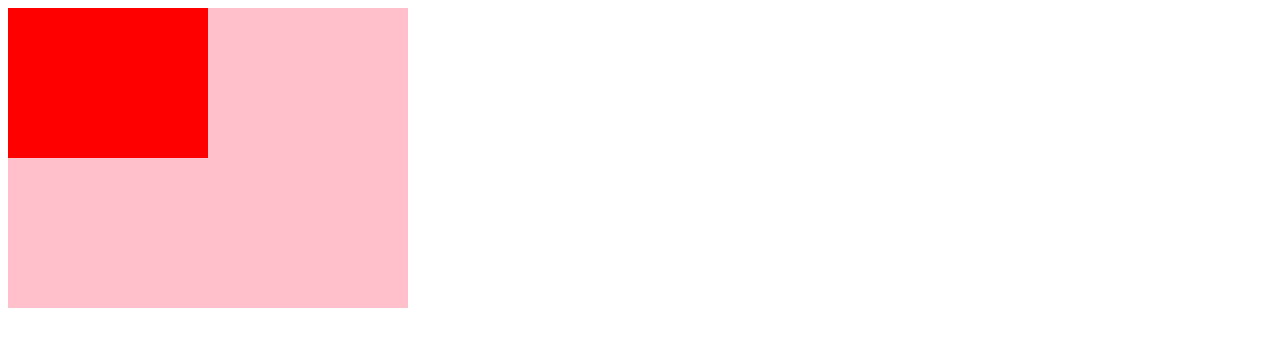
Repository: seleniadelgado/meda-spring2020-angie
Page: practice/css/week_4/grid.html
An editor plug-in stored every save of this project. The page is shown before and after a run of saves, followed by the edit.
The browser window is 1280 px wide. The pictures show the whole page.

Above is the page before, as saved 2020-02-13 12:45:19.

After the next 2 saves:
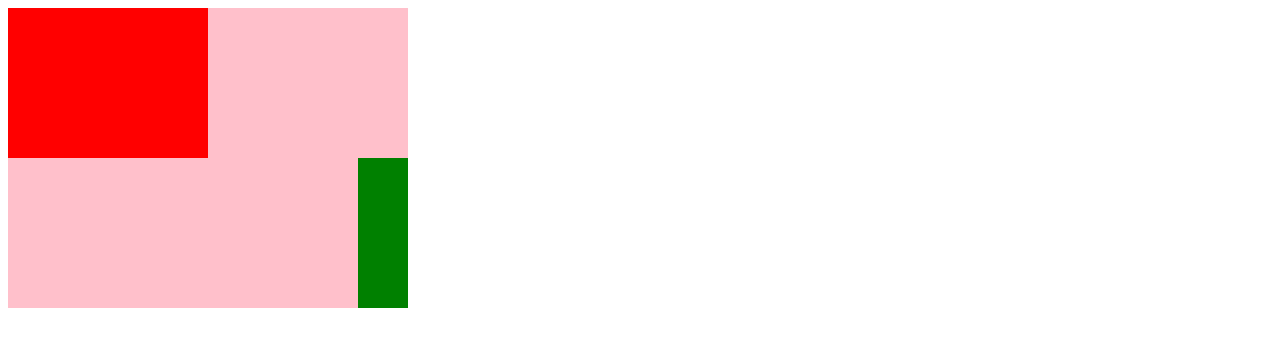
The 2 saves are shown as one change because they came seconds apart.
The last was saved 13 s later.
--- a/practice/css/week_4/grid.html
+++ b/practice/css/week_4/grid.html
@@ -24,8 +24,8 @@
         background-color: green;
         grid-column-start: 4;
         grid-column-end: 5;
-        grid-row-start: 4;
-        grid-row-end: 5;
+        grid-row-start: 2;
+        grid-row-end: 3
     }
 </style>
 </head>

After the save that followed:
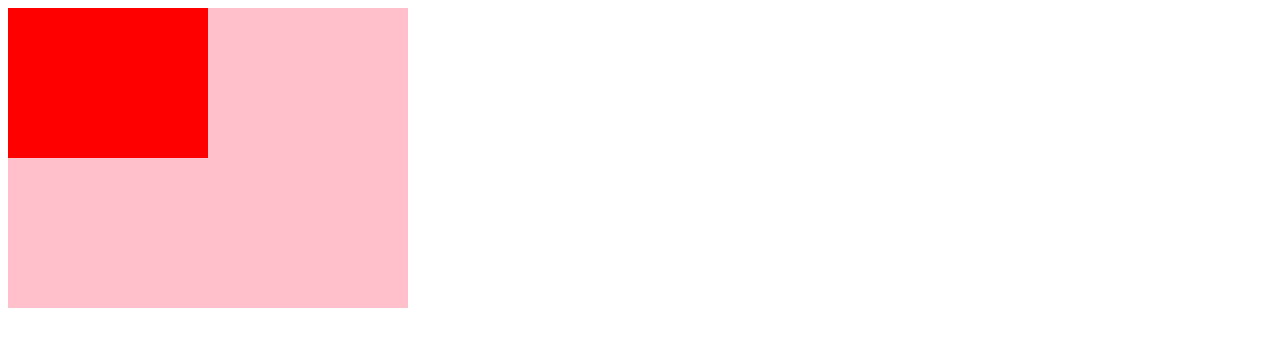
Saved 7 s later.
--- a/practice/css/week_4/grid.html
+++ b/practice/css/week_4/grid.html
@@ -24,7 +24,7 @@
         background-color: green;
         grid-column-start: 4;
         grid-column-end: 5;
-        grid-row-start: 2;
+        grid-row-start: 3;
         grid-row-end: 3
     }
 </style>
